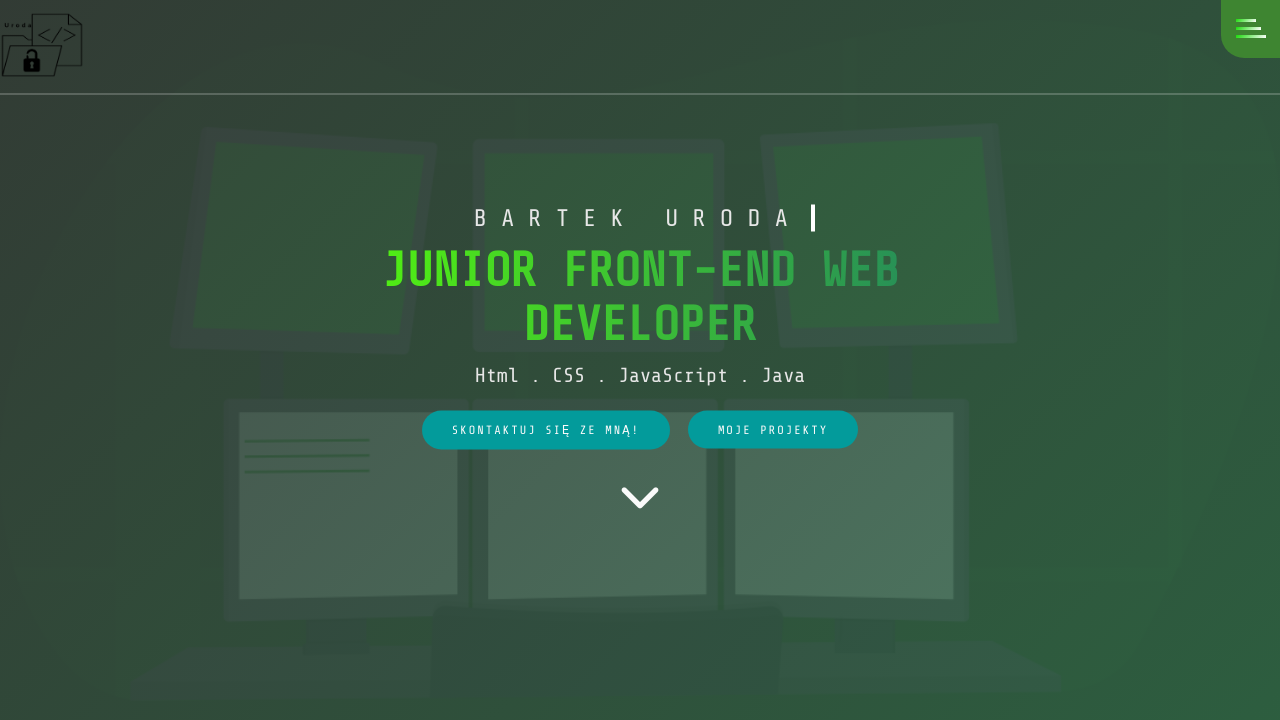
Repository: BartekUroda/portfolio
Page: index.html
An editor plug-in stored every save of this project. The page is shown before and after the next save, followed by the edit.
The browser window is 1280 px wide. The pictures show the whole page.
Some web libraries are served in a nearby version.

Above is the page before, as saved 2020-10-27 00:34:36.

After the next save:
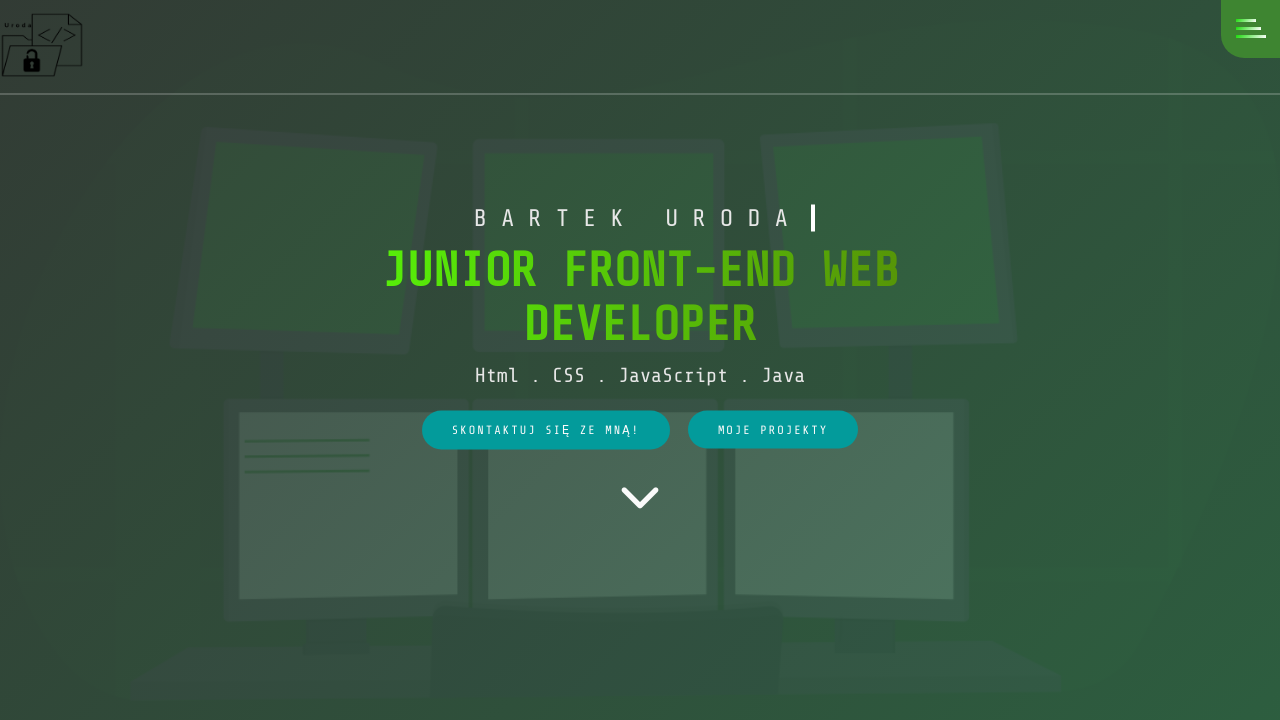
Saved 19 s later.
--- a/css/style.css
+++ b/css/style.css
@@ -227,7 +227,7 @@ nav {
     background: linear-gradient(
       to right,
       rgb(87, 253, 9) 0%,
-      rgb(33, 129, 97) 100%
+      rgb(86, 134, 7) 100%
     );
     -webkit-background-clip: text;
     -webkit-text-fill-color: transparent;
